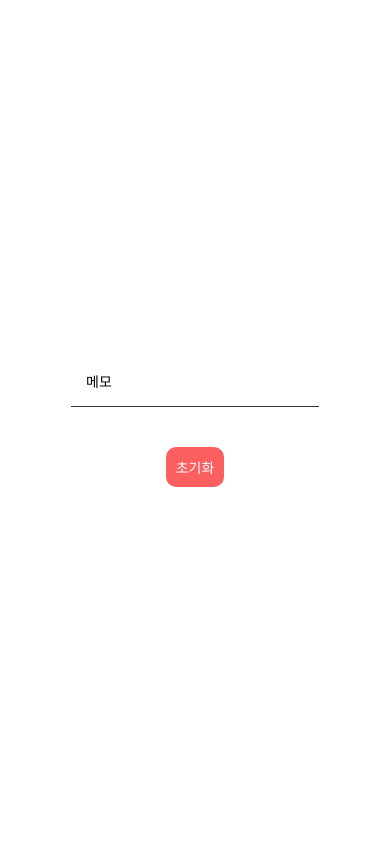
Repository: GoodHoneyCake/toy_project
Page: /
An editor plug-in stored every save of this project. The page is shown before and after the next save, followed by the edit.
The browser window is 390 px wide. The pictures show the whole page.
The app was drawn by React Native's web renderer in a window 390 px wide. The project was rebuilt for these pictures with package versions that can differ from the ones it lists, and the page was loaded fresh each time.

Above is the page before, as saved 2021-02-05 16:01:24.

### App.js
import React from "react";
import {
  StyleSheet,
  Text,
  View,
  TextInput,
  TouchableOpacity,
} from "react-native";
import AsyncStorage from "@react-native-async-storage/async-storage";

const STORAGE_KEY = "@save_name";

class App extends React.Component {
  state = {
    text: "",
    name: "",
  };

  componentDidMount() {
    this.retrieveData();
  }

  retrieveData = async () => {
    try {
      const name = await AsyncStorage.getItem(STORAGE_KEY);

      if (name !== null) {
        this.setState({ name });
      }
    } catch (e) {
      alert("Failed to load name.");
    }
  };

  save = async (name) => {
    try {
      await AsyncStorage.setItem(STORAGE_KEY, name);
      this.setState({ name });
    } catch (e) {
      alert("Failed to save name.");
    }
  };

  removeEverything = async () => {
    try {
      await AsyncStorage.clear();
      alert("데이터 초기화 ♥️");
    } catch (e) {
      alert("메모는 새로 작성하면 덮어 쓰여요 ♥️");
    }
  };

  onChangeText = (text) => this.setState({ text });

  onSubmitEditing = () => {
    const onSave = this.save;
    const { text } = this.state;

    if (!text) return;

    onSave(text);
    this.setState({ text: "" });
  };

  render() {
    const { text, name } = this.state;
    return (
      <View style={styles.container}>
        <TextInput
          style={styles.input}
          value={text}
          placeholder="메모"
          onChangeText={this.onChangeText}
          onSubmitEditing={this.onSubmitEditing}
        />
        <Text style={styles.text}>{name}</Text>
        <TouchableOpacity onPress={this.removeEverything} style={styles.button}>
          <Text style={styles.buttonText}>초기화</Text>
        </TouchableOpacity>
      </View>
    );
  }
}

const styles = StyleSheet.create({
  container: {
    flex: 1,
    backgroundColor: "#fff",
    alignItems: "center",
    justifyContent: "center",
  },
  text: {
    fontSize: 20,
    padding: 10,
    backgroundColor: "#fff",
  },
  input: {
    padding: 15,
    height: 50,
    borderBottomWidth: 1,
    borderBottomColor: "#333",
    margin: 10,
  },
  button: {
    margin: 10,
    padding: 10,
    borderRadius: 10,
    backgroundColor: "#fc5f5f",
  },
  buttonText: {
    fontSize: 14,
    color: "#fff",
  },
});

export default App;

After the next save:
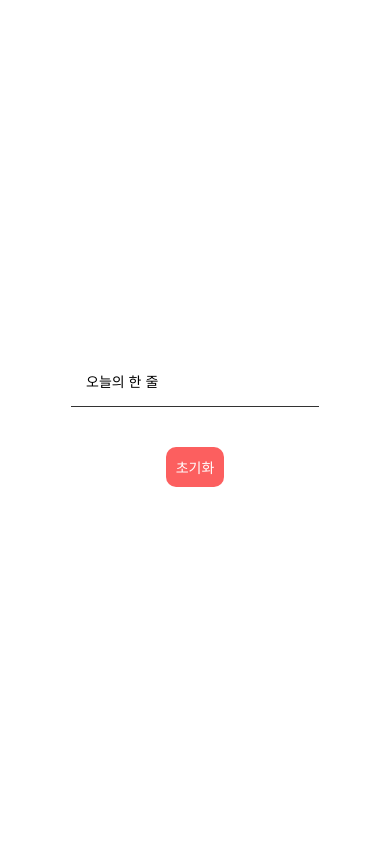
Saved 36 s later.
--- a/App.js
+++ b/App.js
@@ -69,7 +69,7 @@ class App extends React.Component {
         <TextInput
           style={styles.input}
           value={text}
-          placeholder="메모"
+          placeholder="오늘의 한 줄"
           onChangeText={this.onChangeText}
           onSubmitEditing={this.onSubmitEditing}
         />
